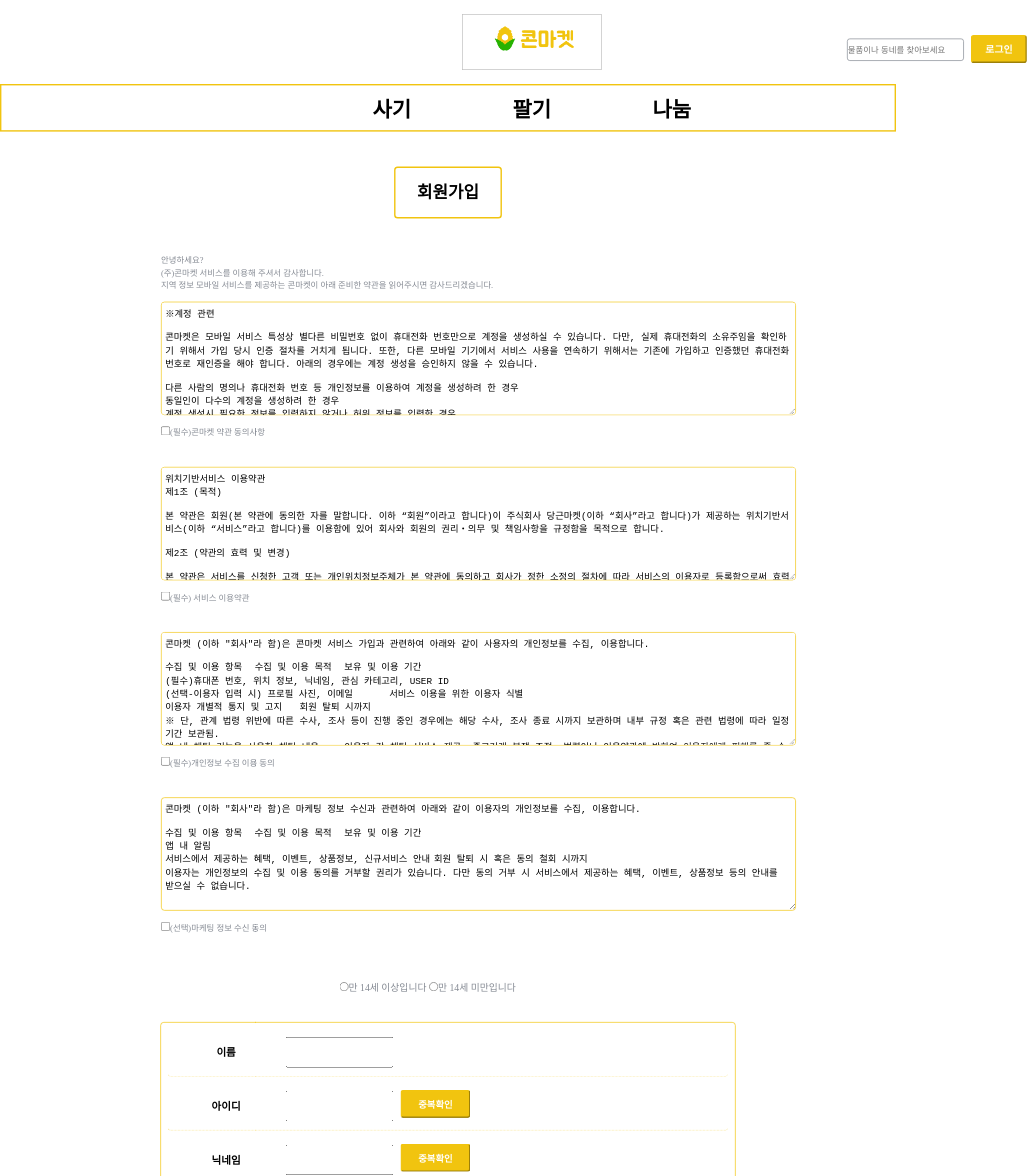
Repository: Corn-Market/Front-end
Page: http://localhost/CornMarket/resources/views/signUp.jsp
An editor plug-in stored every save of this project. The page is shown before and after the next save, followed by the edit.
The browser window is 1280 px wide. The page is 1467 px wide, then 1367 px, so the pictures cover 1467 px, including what lies to the right of the window. The pictures show the part of the page from y = 0 to 1680 px (the page is 2643 px tall), at 70% of full size.
Some web fonts or font styles are not loaded; a fallback is used. The page is served by Tomcat 9.

Above is the page before, as saved 2022-12-19 03:00:32.

After the next save:
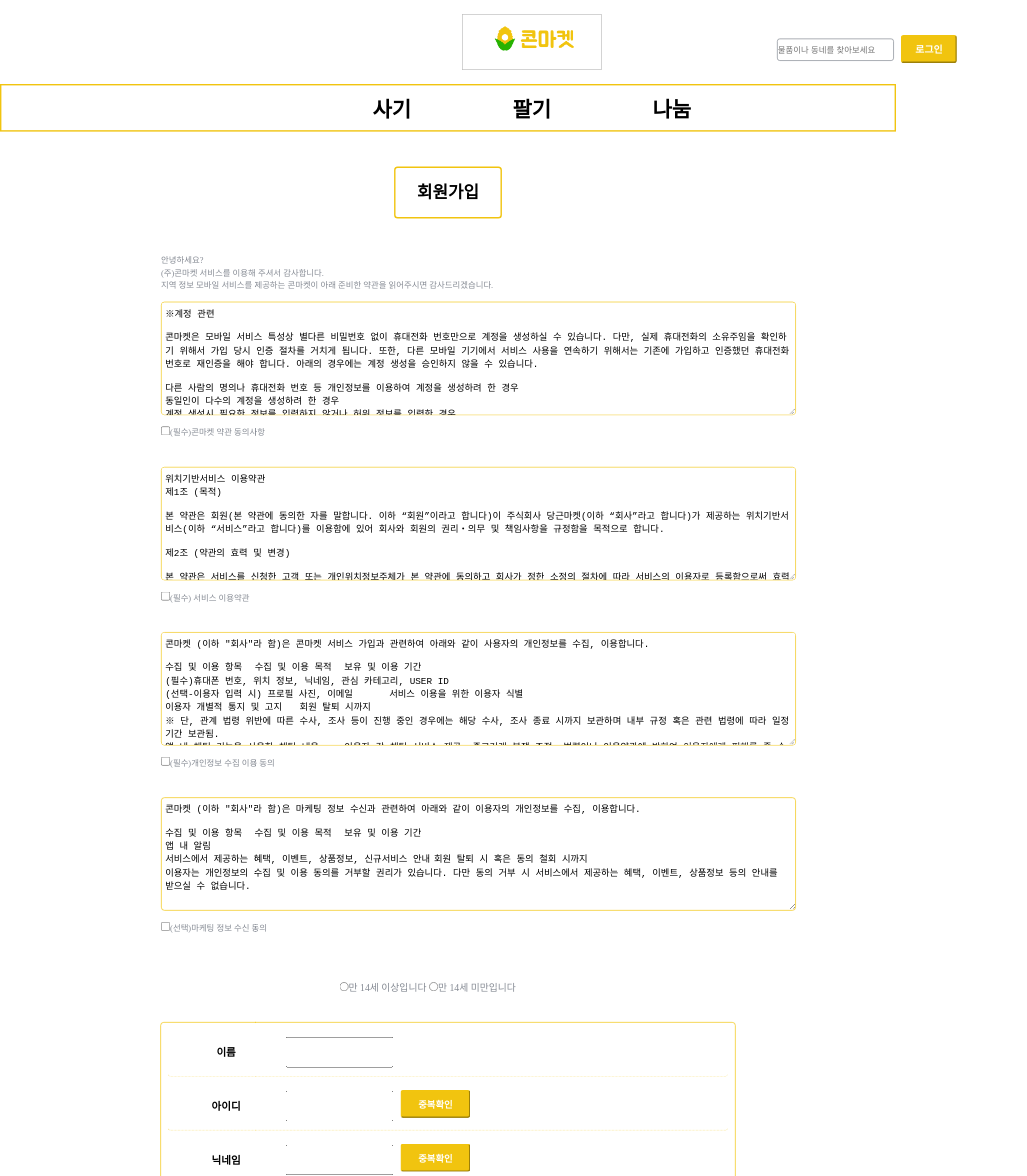
Saved 16 s later.
--- a/CornMarket/src/main/webapp/resources/css/index.css
+++ b/CornMarket/src/main/webapp/resources/css/index.css
@@ -54,7 +54,7 @@ header input{
     border:1px solid #868b94;
     border-radius: 4px;
     font-size: 12px;
-    margin-left: 350px;
+    margin-left: 250px;
     margin-top: 5px;
 }
 
